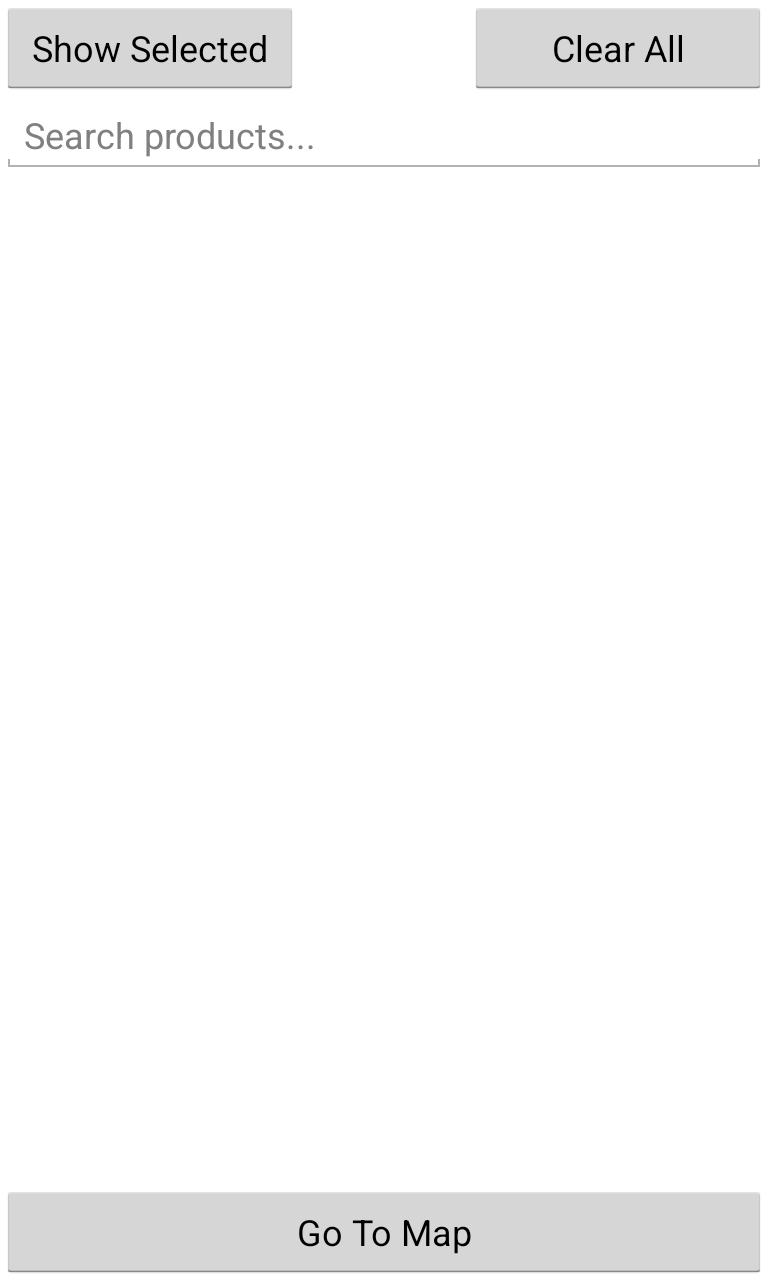
Repository: ernopp/ShopMap
Layout: Shop_Map/res/layout/activity_main.xml
These files come from the project's save history. The layout is drawn as it stood at one moment and after the next save; the edit follows.
It is drawn on a 768 x 1280 px phone screen (xhdpi) without system bars, with theme AppTheme; the app's code is not run. Lists and similar views that code fills are empty.

Above is the layout before, as saved 2013-03-22 05:56:22.

### Shop_Map/res/layout/activity_main.xml
<RelativeLayout xmlns:android="http://schemas.android.com/apk/res/android"
    xmlns:tools="http://schemas.android.com/tools"
    android:layout_width="match_parent"
    android:layout_height="match_parent"
    tools:context=".MainActivity" >

    <!-- Input Search Bar -->
    <EditText
        android:id="@+id/inputSearch"
        android:layout_width="fill_parent"
        android:layout_height="wrap_content"
        android:layout_alignParentLeft="true"
        android:layout_below="@+id/button1"
        android:ems="10"
        android:hint="@string/search_hint"
        android:inputType="textVisiblePassword" />
    <!-- Show Items Button -->
    <Button
        android:id="@+id/button1"
        android:layout_width="150sp"
        android:layout_height="wrap_content"
        android:layout_alignParentLeft="true"
        android:layout_alignParentTop="true"
        android:text="@string/show_items" />
	<!-- Clear All Button -->
	<Button
	    android:id="@+id/button3"
	    android:layout_width="150sp"
	    android:layout_height="wrap_content"
	    android:layout_alignParentRight="true"
	    android:layout_alignParentTop="true"
	    android:text="@string/clear_all" />
	<!-- Go To Map Button -->
    <Button
        android:id="@+id/button2"
        android:layout_width="wrap_content"
        android:layout_height="wrap_content"
        android:layout_alignParentBottom="true"
        android:layout_alignParentLeft="true"
        android:layout_alignParentRight="true"
        android:text="@string/go_map" />
	<!-- Scrollable List of Items -->
    <ListView
        android:id="@+id/list_view"
        android:layout_width="match_parent"
        android:layout_height="wrap_content"
        android:layout_above="@+id/button2"
        android:layout_below="@+id/inputSearch"
        android:layout_centerHorizontal="true" >

    </ListView>

</RelativeLayout>

### Shop_Map/res/values/strings.xml
<?xml version="1.0" encoding="utf-8"?>
<resources>

    <string name="app_name">ShopMap</string>
    <string name="hello_world">Hello world!</string>
    <string name="menu_settings">Settings</string>
    <string name="title_activity_my_items">ItemsActivity</string>
    <string name="title_activity_map">MapActivity</string>
    <string name="search_hint">Search products...</string>
    <string name="show_items">Show Selected</string>
    <string name="clear_all">Clear All</string>
    <string name="go_map">Go To Map</string>

</resources>

Loaded but not shown: Shop_Map/res/values/styles.xml (common file); Shop_Map/res/values-v11/styles.xml (common file); Shop_Map/res/values-v14/styles.xml (common file)

After the next save:
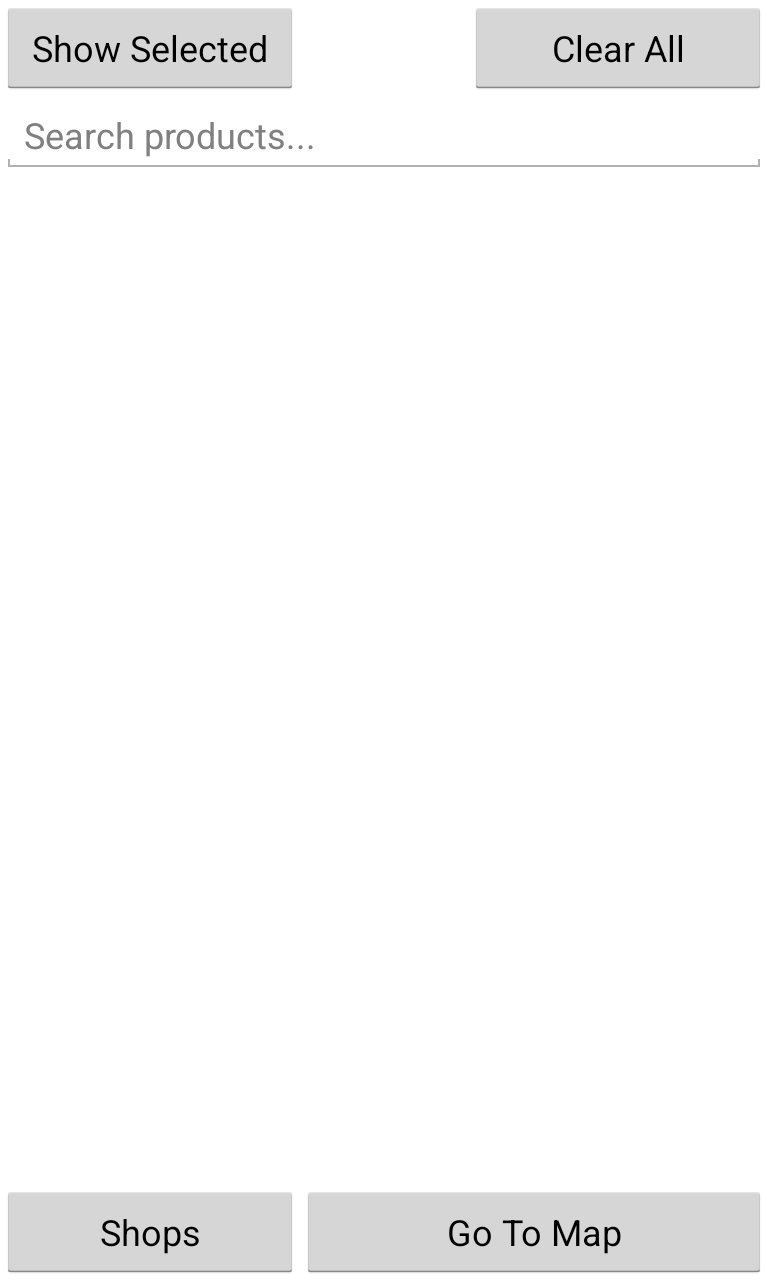
Saved 4 min 7 s later.
--- a/Shop_Map/res/layout/activity_main.xml
+++ b/Shop_Map/res/layout/activity_main.xml
@@ -31,14 +31,16 @@
 	    android:layout_alignParentTop="true"
 	    android:text="@string/clear_all" />
 	<!-- Go To Map Button -->
+
     <Button
         android:id="@+id/button2"
         android:layout_width="wrap_content"
         android:layout_height="wrap_content"
         android:layout_alignParentBottom="true"
-        android:layout_alignParentLeft="true"
         android:layout_alignParentRight="true"
+        android:layout_toRightOf="@+id/button1"
         android:text="@string/go_map" />
+
 	<!-- Scrollable List of Items -->
     <ListView
         android:id="@+id/list_view"
@@ -50,4 +52,13 @@
 
     </ListView>
 
+    <Button
+        android:id="@+id/shopsButton"
+        android:layout_width="wrap_content"
+        android:layout_height="wrap_content"
+        android:layout_alignParentBottom="true"
+        android:layout_alignParentLeft="true"
+        android:layout_alignRight="@+id/button1"
+        android:text="Shops" />
+
 </RelativeLayout>
